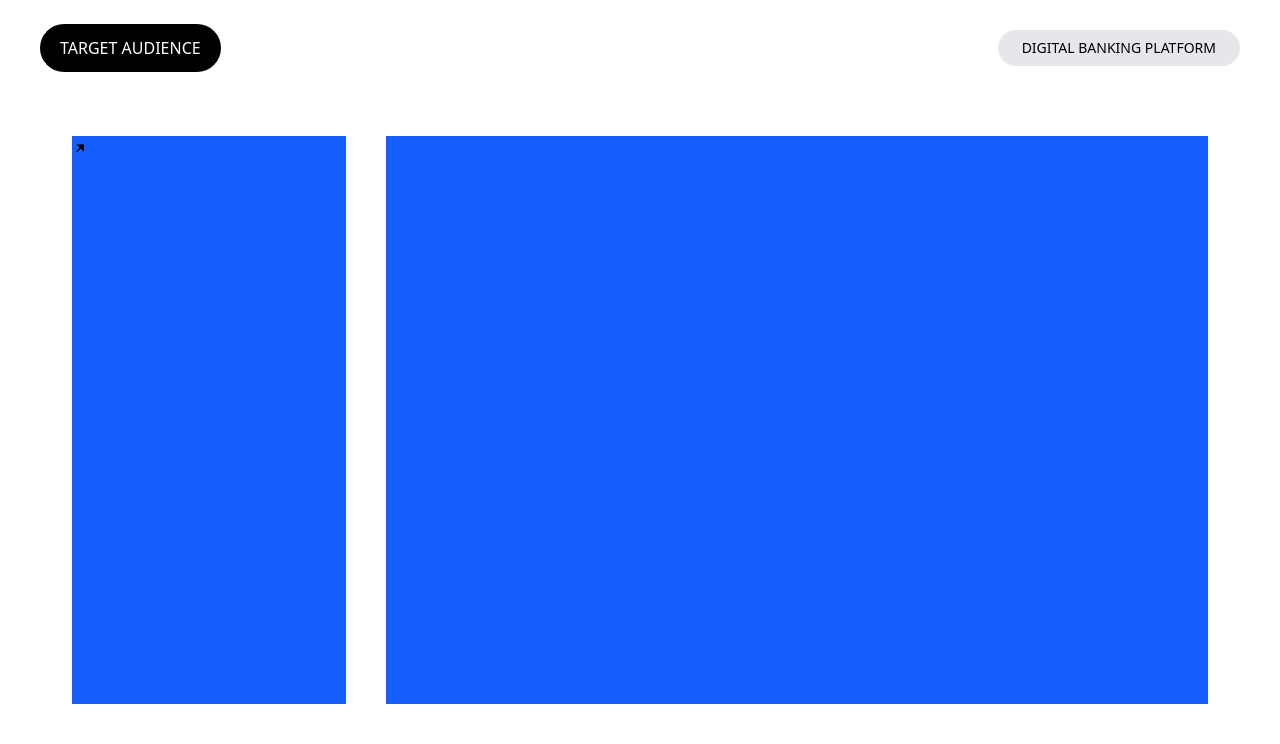
Repository: Mohitkumar1322/ReactTut
Page: / (app in projectSher1/)
The author's editor kept a copy of each file at every save. The page is drawn from the files as they stood at one save, then again after a run of saves.
The browser window is 1280 px wide. The pictures show the whole page.
The project was rebuilt for these pictures with package versions that can differ from the ones it lists, and the page was loaded fresh each time. Also part of the build but not shown: projectSher1/vite.config.js.

Above is the page before, as saved 2025-11-16 14:03:38.

### projectSher1/src/App.jsx
import React from 'react'
import Section1 from './components/Section1/Section1'
import Section2 from './components/Section2/Section2'

export default function App() {
  return (
    <div>
      <Section1 />
      <Section2 />
    </div>
  )
}

### projectSher1/src/components/Section1/Section1.jsx
import React from 'react'
import Navbar from './Navbar'
import Page1Content from './Page1Content'

const Section1 = () => {
  return (
    <div>
      <Navbar />
      <Page1Content />
    </div>
  )
}

export default Section1

### projectSher1/src/components/Section2/Section2.jsx
import React from 'react'

const Section2 = () => {
  return (
    <div >


    </div>
  )
}

export default Section2

### projectSher1/src/components/Section1/Navbar.jsx
import React from 'react'

const Navbar = () => {
  return (
    <div className='flex justify-between items-center py-6 px-10 '>
        <h4 className='bg-black text-white px-5 py-3 uppercase rounded-full '>Target Audience</h4>
        <button className='bg-gray-200 px-6 py-2 uppercase rounded-full text-sm'> Digital Banking Platform</button>

    </div>
  )
}

export default Navbar

### projectSher1/src/components/Section1/Page1Content.jsx
import React from 'react'
import LeftContent from './LeftContent'
import RightContent from './RightContent'

const Page1Content = () => {
  return (
    <div className='py-10 flex items-center gap-10 justify-between px-18 h-[90vh] '>

      <LeftContent />
      <RightContent />

    </div>
  )
}

export default Page1Content

### projectSher1/src/components/Section1/LeftContent.jsx
import React from 'react'

const LeftContent = () => {
  return (
    <div className='h-full w-1/4 bg-blue-600'>
      <div></div>
      <div className='' text-8xl>
        <i className="ri-arrow-right-up-fill"></i>
      </div>
    </div>
  )
}

export default LeftContent

### projectSher1/src/components/Section1/RightContent.jsx
import React from 'react'
import 'remixicon/fonts/remixicon.css';

const RightContent = () => {
  return (
    <div className='h-full w-3/4 bg-blue-600'>

    </div>
  )
}

export default RightContent

Loaded but not shown: projectSher1/index.html (common file); projectSher1/src/main.jsx (common file); projectSher1/src/index.css (common file)

After the next 3 saves:
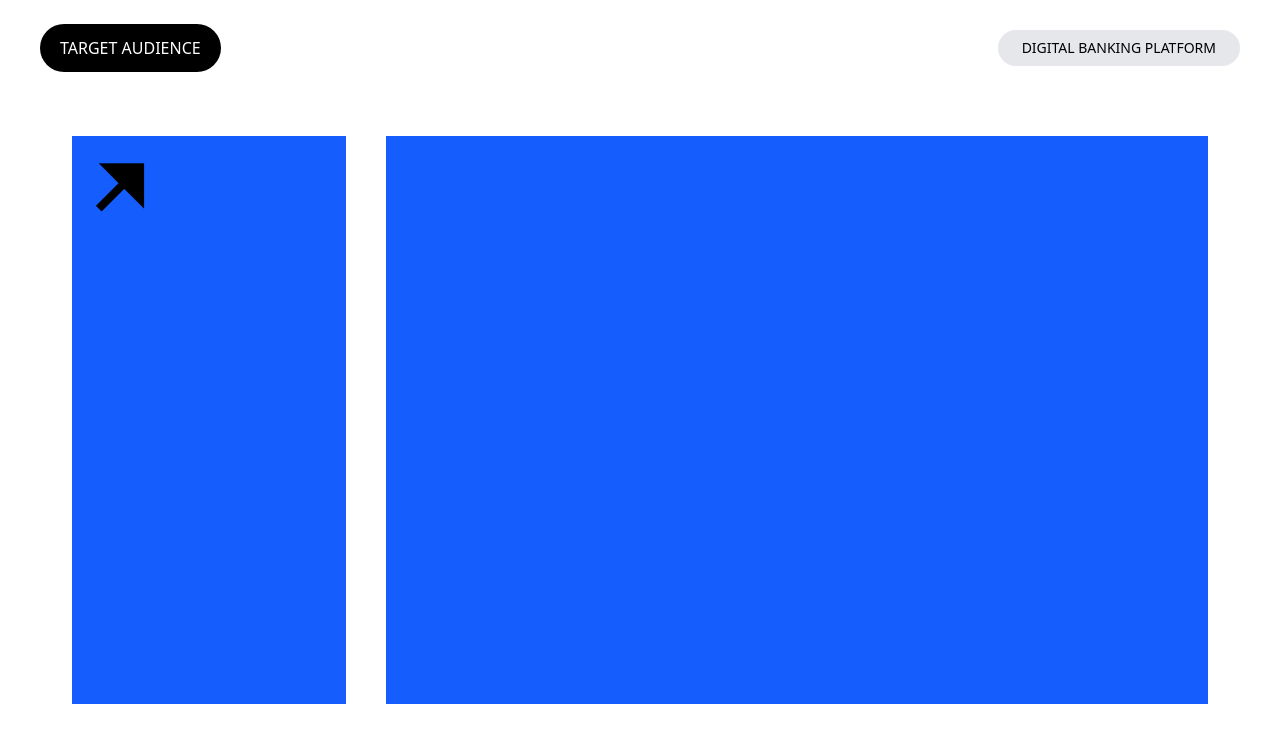
The 3 saves are shown as one change because they came seconds apart.
The last was saved 12 s later.
--- a/projectSher1/src/components/Section1/LeftContent.jsx
+++ b/projectSher1/src/components/Section1/LeftContent.jsx
@@ -4,7 +4,7 @@ const LeftContent = () => {
   return (
     <div className='h-full w-1/4 bg-blue-600'>
       <div></div>
-      <div className='' text-8xl>
+      <div className='text-8xl'>
         <i className="ri-arrow-right-up-fill"></i>
       </div>
     </div>
